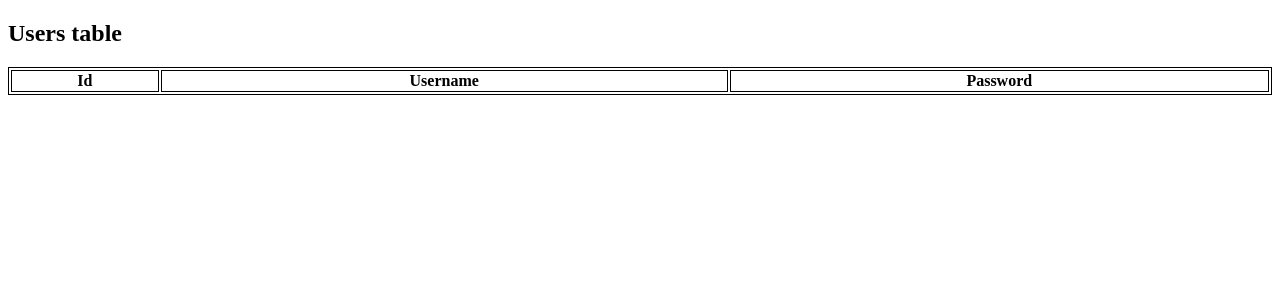
Repository: Rishicollinz/Java_Fullstack
Page: http://localhost/jsp3/display.jsp
The author's editor kept a copy of each file at every save. The page is drawn from the files as they stood at one save, then again after the next save.
The browser window is 1280 px wide. The pictures show the whole page.
The page is served by Tomcat 9.

Above is the page before, as saved 2023-05-18 08:29:38.

After the next save:
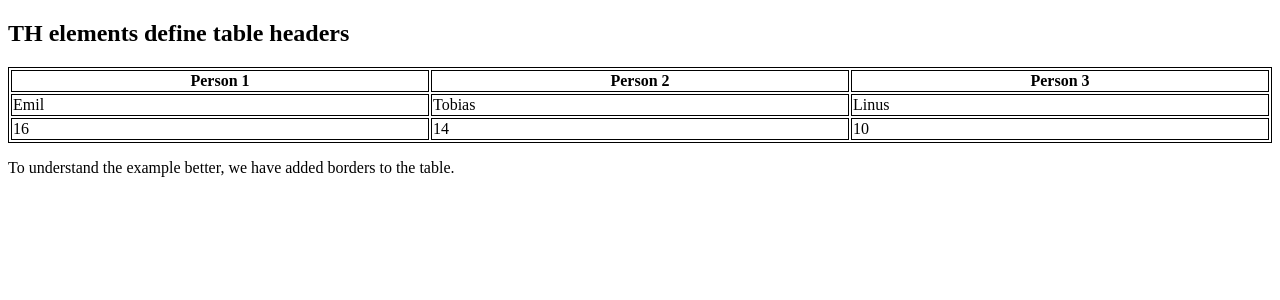
Saved 32 s later.
--- a/Eclipse 2/jsp3/src/main/webapp/display.jsp
+++ b/Eclipse 2/jsp3/src/main/webapp/display.jsp
@@ -2,27 +2,34 @@
     pageEncoding="UTF-8"%>
 <!DOCTYPE html>
 <html>
-<head>
-<meta charset="UTF-8">
-<title>Table showing</title>
-
 <style>
 table, th, td {
   border:1px solid black;
 }
 </style>
-</head>
 <body>
 
-<h2>Users table</h2>
+<h2>TH elements define table headers</h2>
 
 <table style="width:100%">
   <tr>
-    <th>Id</th>
-    <th>Username</th>
-    <th>Password</th>
+    <th>Person 1</th>
+    <th>Person 2</th>
+    <th>Person 3</th>
+  </tr>
+  <tr>
+    <td>Emil</td>
+    <td>Tobias</td>
+    <td>Linus</td>
+  </tr>
+  <tr>
+    <td>16</td>
+    <td>14</td>
+    <td>10</td>
   </tr>
 </table>
 
+<p>To understand the example better, we have added borders to the table.</p>
+
 </body>
 </html>
